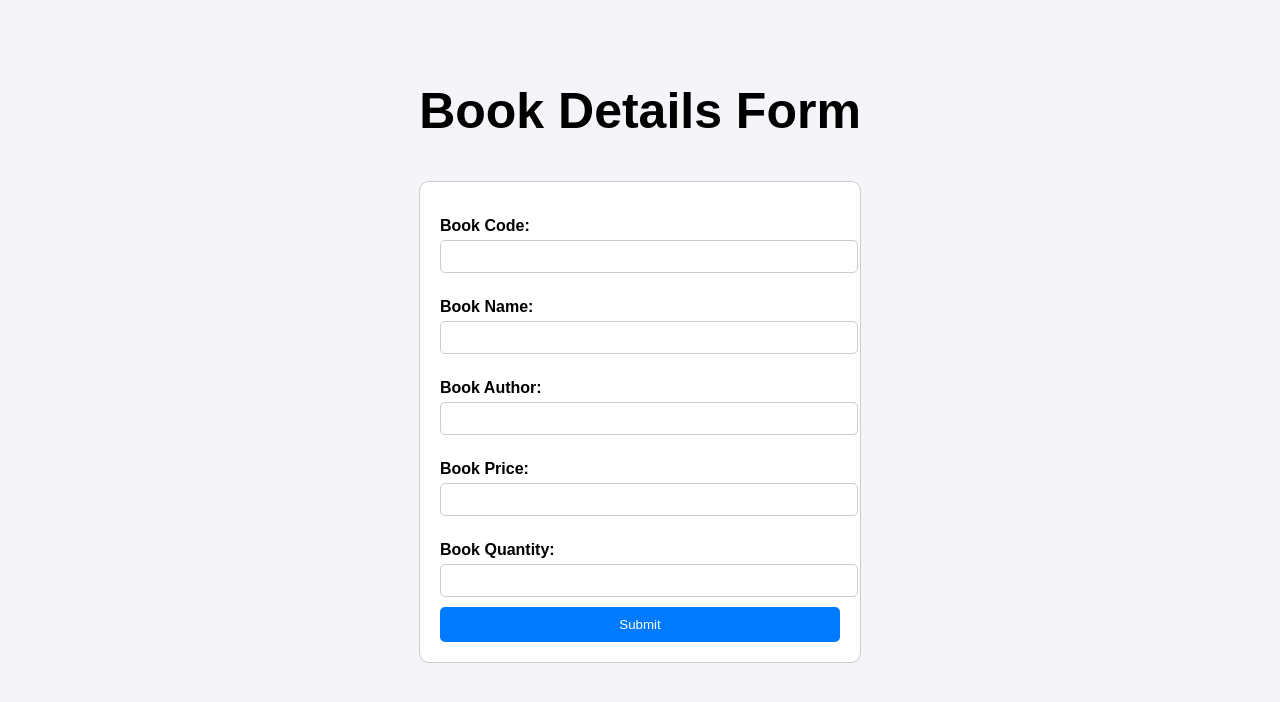
Repository: GokulLade/WebApps_with_Servlets_JSP
Page: 02_ReadDisplayBookDetails/src/main/webapp/index.html
The author's editor kept a copy of each file at every save. The page is drawn from the files as they stood at one save, then again after the next save.
The browser window is 1280 px wide. The pictures show the whole page.

Above is the page before, as saved 2024-11-30 11:05:22.

### 02_ReadDisplayBookDetails/src/main/webapp/index.html
<!DOCTYPE html>
<html lang="en">
<head>
    <meta charset="UTF-8">
    <meta name="viewport" content="width=device-width, initial-scale=1.0">
    <title>Book Details Form</title>
    <style>
        body {
            font-family: Arial, sans-serif;
            margin: 20px;
            padding: 20px;
            background-color: #f4f4f9;
        }
        h2{
        	display: flex;
        	justify-content: center;
        	color:black;
        	font-size: 50px;
        }
        form {
            max-width: 400px;
            margin: auto;
            padding: 20px;
            border: 1px solid #ccc;
            border-radius: 10px;
            background: #fff;
        }
        label {
            font-weight: bold;
            display: block;
            margin-top: 15px;
        }
        input[type="text"], input[type="number"] {
            width: 100%;
            padding: 8px;
            margin-top: 5px;
            margin-bottom: 10px;
            border: 1px solid #ccc;
            border-radius: 5px;
        }
        input[type="submit"] {
            background-color: #007BFF;
            color: #fff;
            padding: 10px;
            border: none;
            border-radius: 5px;
            cursor: pointer;
            width: 100%;
        }
        input[type="submit"]:hover {
            background-color: #0056b3;
        }
    </style>
</head>
<body>
    <h2>Book Details Form</h2>
    <form action="display" method="POST">
        <label for="bcode">Book Code: </label>
        <input type="number" id="bcode" name="bcode" required>

        <label for="bname">Book Name: </label>
        <input type="text" id="bname" name="bname" maxlength="10" required>

        <label for="bauthor">Book Author: </label>
        <input type="text" id="bauthor" name="bauthor" maxlength="10" required>

        <label for="bprice">Book Price: </label>
        <input type="number" id="bprice" name="bprice" step="0.01" required>

        <label for="bqty">Book Quantity: </label>
        <input type="number" id="bqty" name="bqty" required>

        <input type="submit" value="Submit">
    </form>
</body>
</html>

After the next save:
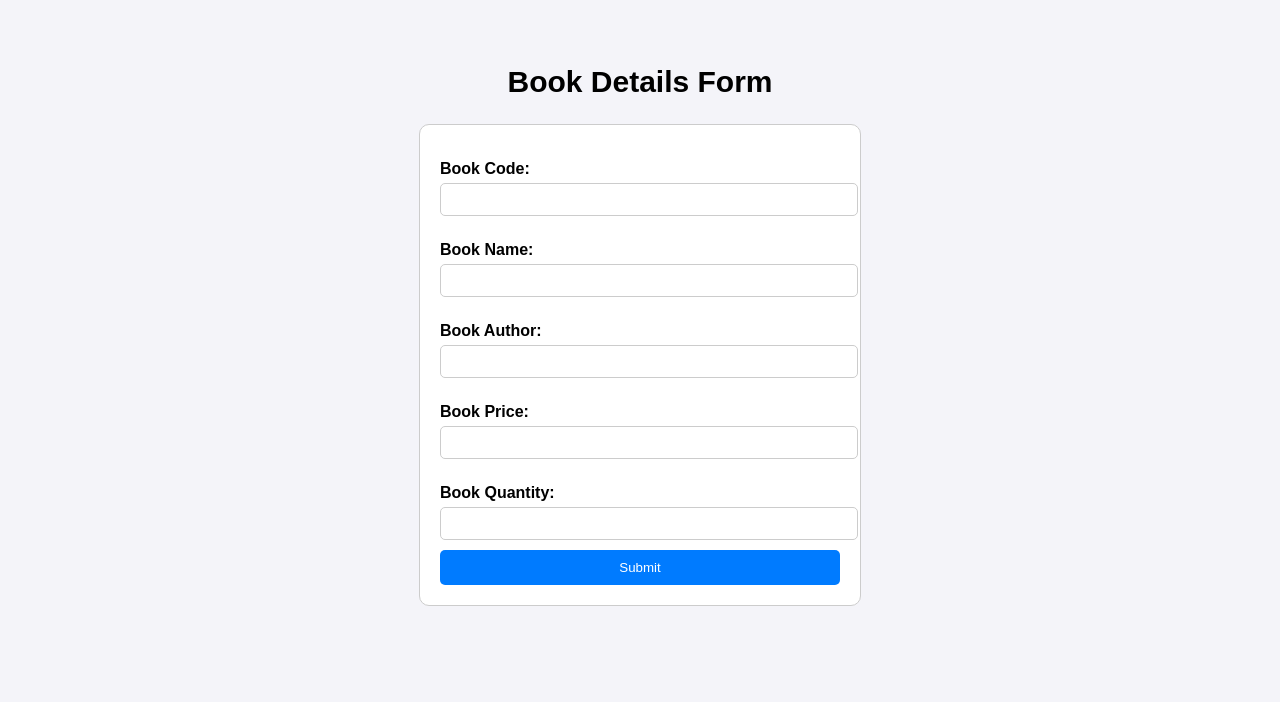
Saved 6 s later.
--- a/02_ReadDisplayBookDetails/src/main/webapp/index.html
+++ b/02_ReadDisplayBookDetails/src/main/webapp/index.html
@@ -15,7 +15,7 @@
         	display: flex;
         	justify-content: center;
         	color:black;
-        	font-size: 50px;
+        	font-size: 30px;
         }
         form {
             max-width: 400px;
